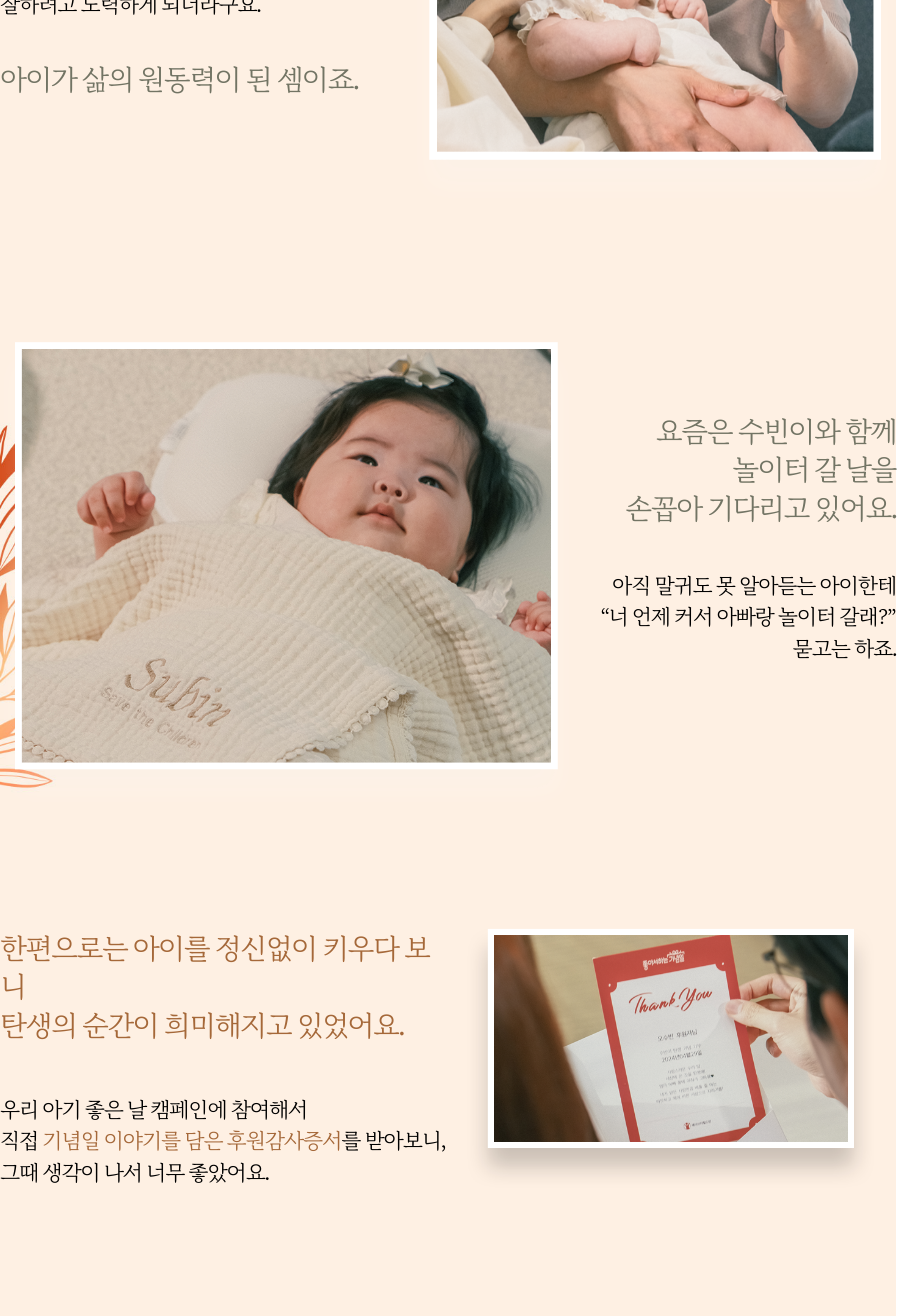
Repository: dlgywls1130/saveTheChildren
Page: index.html
These files come from the project's save history. The page is drawn as it stood at one moment and after the next save; the edit follows.
The browser window is 1280 px wide. The page is 1293 px wide, so the pictures cover 1293 px, including what lies to the right of the window. The pictures show the part of the page from y = 4620 to 6500 px (the page is 10939 px tall), at 70% of full size.
Some web fonts or font styles are not loaded; a fallback is used. The style sheet was rebuilt from its Sass, Less or Tailwind sources for each picture, by a compiler version that may differ from the author's.

Above is the page before, as saved 2024-11-01 23:01:23.

After the next save:
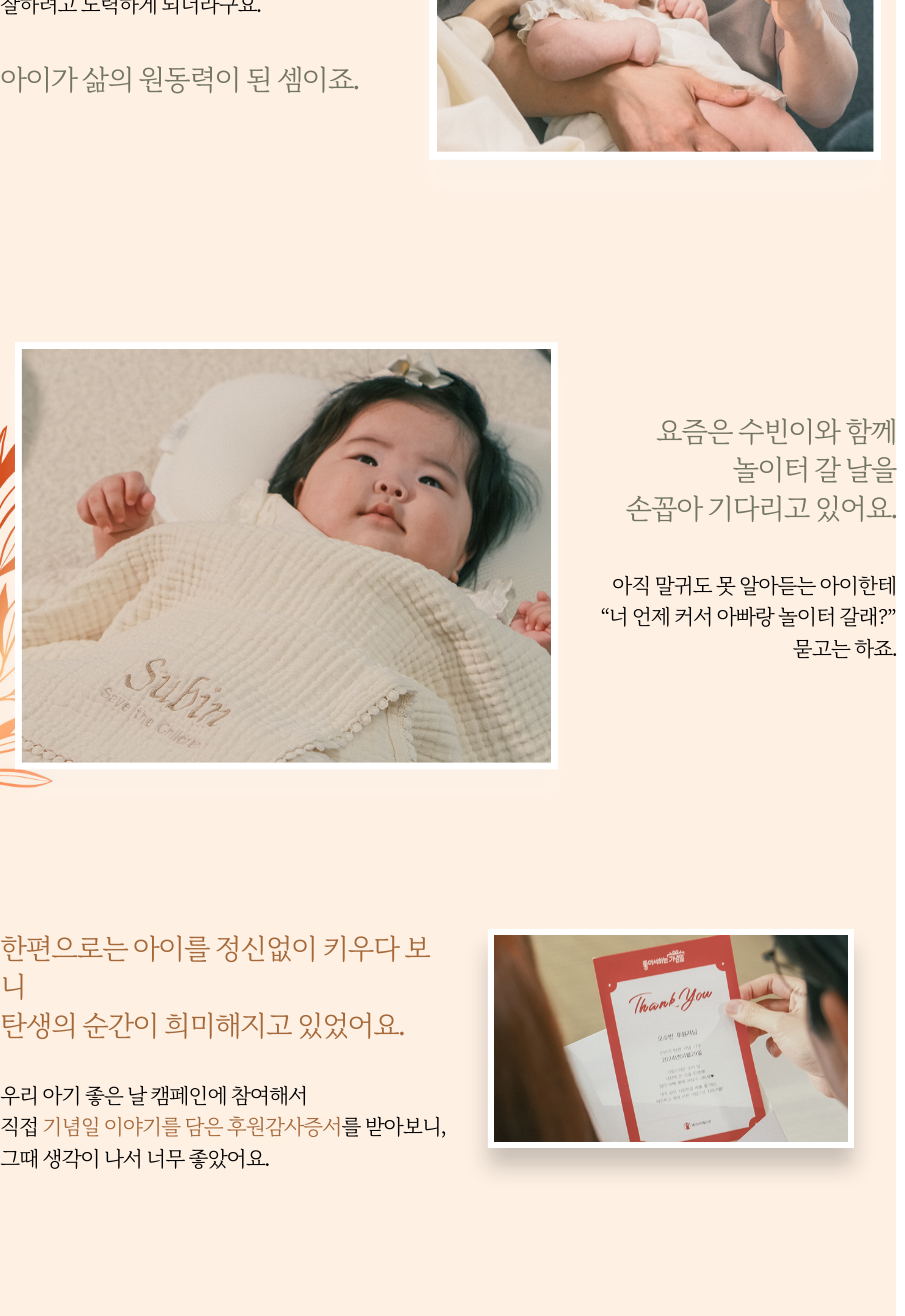
Saved 2 min 40 s later.
--- a/index.html
+++ b/index.html
@@ -151,7 +151,7 @@
                 <div class="story04_02 mb-200">
 
                     <div class="story_text-contain">
-                        <p class="story_text_01 mb-70">
+                        <p class="story_text_01 mb-50">
                             한편으로는 아이를 정신없이 키우다 보니
                             <br>탄생의 순간이 희미해지고 있었어요.
                         </p>
